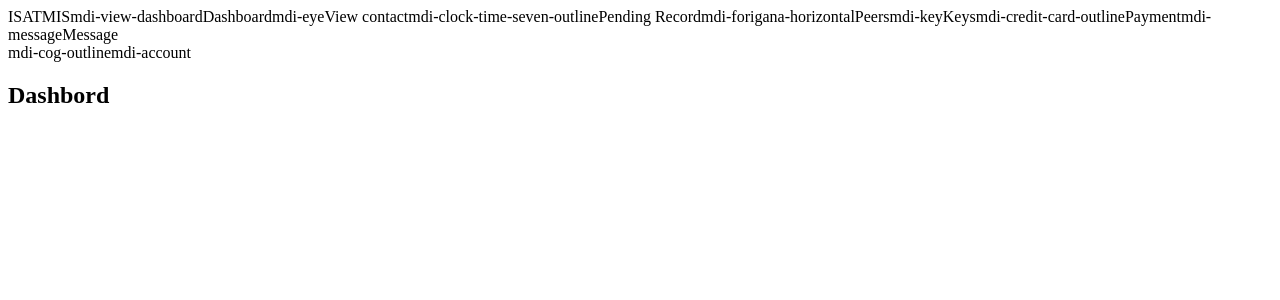
Repository: umarrg/isatmis
Page: /home
An editor plug-in stored every save of this project. The page is shown before and after a run of saves, followed by the edit.
The browser window is 1280 px wide. The pictures show the whole page.
The project was rebuilt for these pictures with package versions that can differ from the ones it lists, and the page was loaded fresh each time. Also part of the build but not shown: vue.config.js. Imported but missing from the stored project, and not drawn on this page: src/plugins/vuetify.

Above is the page before, as saved 2021-01-26 00:21:48.

After the next 12 saves:
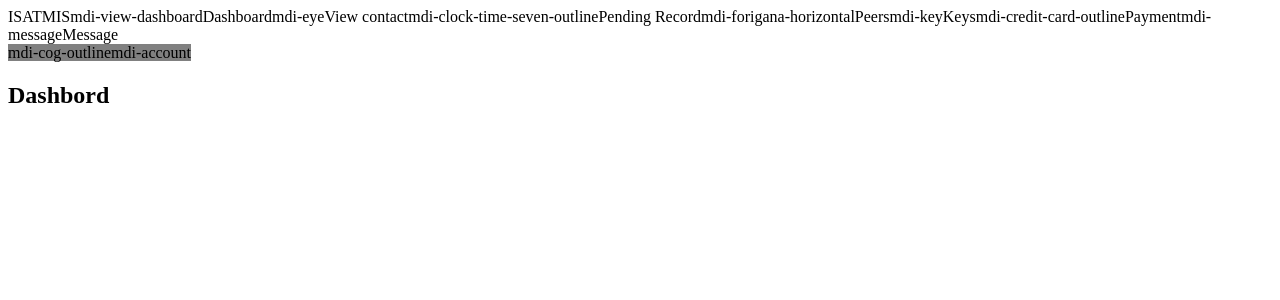
The 12 saves are shown as one change because 1 did not build or start and some came seconds apart.
The last was saved 36 s later.
--- a/src/views/Home.vue
+++ b/src/views/Home.vue
@@ -47,5 +47,7 @@
 </template>
 
 <style scoped>
-
+.custom__bg{
+  background: gray;
+}
 </style>
